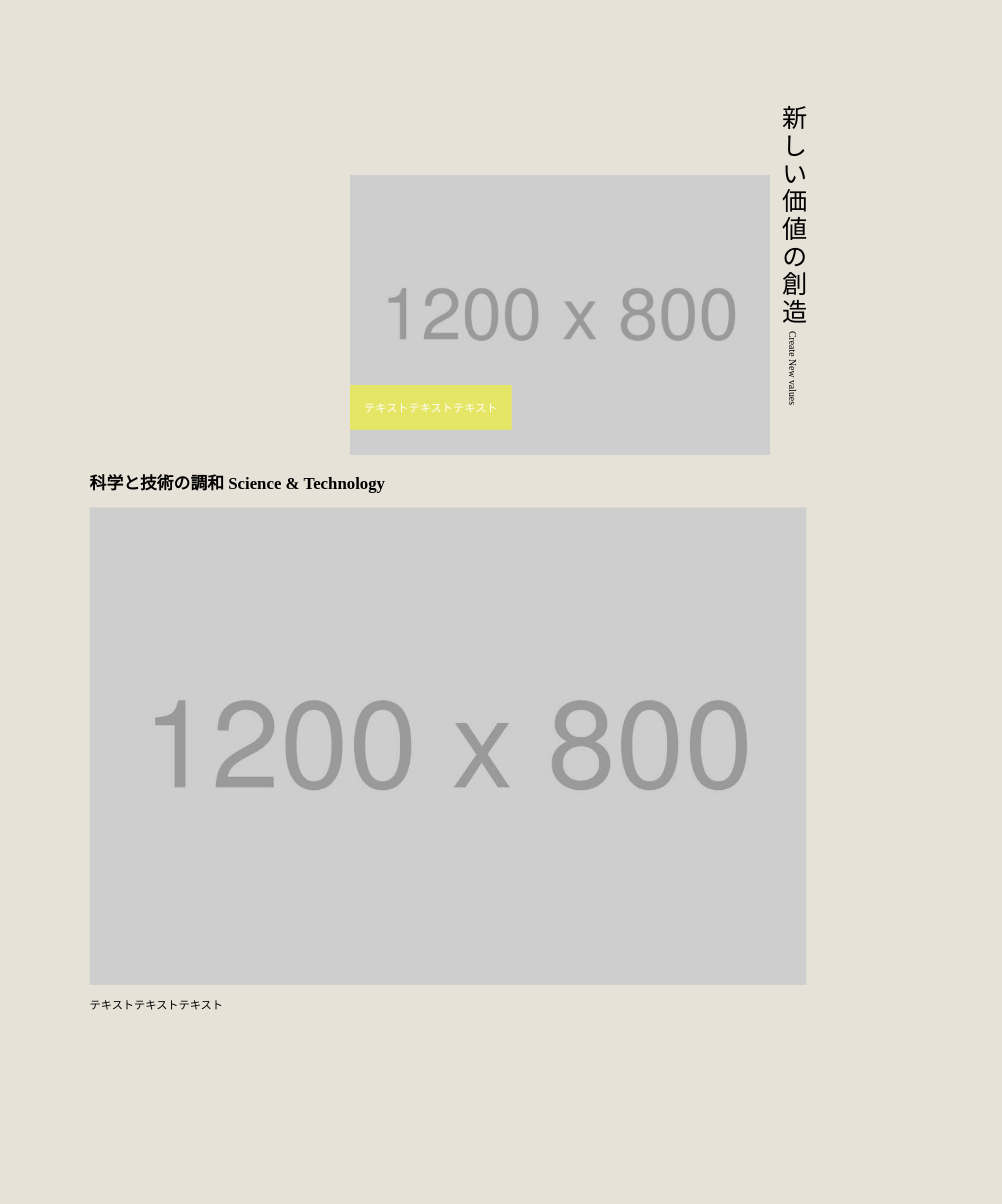
Repository: Fuki-san/wagashi
Page: http://localhost/wagashi
An editor plug-in stored every save of this project. The page is shown before and after the next save, followed by the edit.
The browser window is 1280 px wide. The page is 1432 px wide, so the pictures cover 1432 px, including what lies to the right of the window. The pictures show the part of the page from y = 1400 to 3120 px (the page is 3707 px tall before and 3717 px after), at 70% of full size.
Pictures or frames that could not be fetched are drawn as grey boxes. The page is served by the project's Laravel application, run on PHP 8.4 with Laravel 10. Other server files are loaded and not shown.

Above is the page before, as saved 2023-12-09 16:29:28.

### routes/web.php
<?php

use Illuminate\Support\Facades\Route;
use Spatie\FlareClient\View;

/*
|--------------------------------------------------------------------------
| Web Routes
|--------------------------------------------------------------------------
|
| Here is where you can register web routes for your application. These
| routes are loaded by the RouteServiceProvider and all of them will
| be assigned to the "web" middleware group. Make something great!
|
*/

Route::get('/', function () {
    return view('welcome');
});

Route::get('wagashi', function() {
    return View('wagashi');
})->name('wagashi');

### resources/views/wagashi.blade.php
@extends('layouts.main')

@section('title', 'wagashi')

@section('content')
    <header id="header">
        <h1 class="site-title"><a href="#"><img src="img/logo.svg" alt=""></a></h1>
        <nav id="nav">
            <ul>
                <li><a href="#news">お知らせ</a></li>
                <li><a href="#products1">商品のご紹介</a></li>
                <li><a href="#shop">店舗のご案内</a></li>
            </ul>
        </nav>

        <div class="onlinestore">
            <a href="#" target="_blank" rel="noopener noreferrer">オンラインストアで見る</a>
        </div>
    </header>

    <main>
        <section id="news" class="wrapper">
                <h2 class="sec-title">
                    <span class="en">News</span>
                    <span class="ja">お知らせ</span>
                </h2>
                <dl class="list">
                    <dt>2021.01.01</dt>
                    <dd>タイトルタイトルタイトル</dd>
                    <dt>2021.01.01</dt>
                    <dd>タイトルタイトルタイトル</dd>
                    <dt>2021.01.01</dt>
                    <dd>タイトルタイトルタイトル</dd>
                    <dt>2021.01.01</dt>
                    <dd>タイトルタイトルタイトル</dd>
                    <dt>2021.01.01</dt>
                    <dd>タイトルタイトルタイトル</dd>
                </dl>
        </section>

        <section id="products1" class="wrapper products">
                <h2 class="sec-title">
                    <span class="ja">新しい価値の創造</span>
                    <span class="en">Create New values</span>
                </h2>
                <div class="img">
                    <img src="img/products1.jpg" alt="">
                    <p class="text">テキストテキストテキスト</p>
                </div>
        </section>

        <section id="products2" class="wrapper products">
                <h2 class="sec-title">
                    <span class="ja">科学と技術の調和</span>
                    <span class="en">Science & Technology</span>
                </h2>
                <div class="img">
                    <img src="img/products2.jpg" alt="">
                    <p class="text">テキストテキストテキスト</p>
                </div>
        </section>

        <div id="shop">
            <iframe
                src="https://www.google.com/maps/embed?pb=!1m18!1m12!1m3!1d3239.6566078781802!2d139.80812547512744!3d35.710067028390604!2m3!1f0!2f0!3f0!3m2!1i1024!2i768!4f13.1!3m3!1m2!1s0x60188ed0d12f9adf%3A0x7d1d4fb31f43f72a!2z5p2x5Lqs44K544Kr44Kk44OE44Oq44O8!5e0!3m2!1sja!2sjp!4v1702090119178!5m2!1sja!2sjp"
                width="600" height="450" style="border:0;" allowfullscreen="" loading="lazy"
                referrerpolicy="no-referrer-when-downgrade" width="100%"></iframe>
        </div>
    </main>

    <footer id="footer">
        <div class="flex">
            <div class="left">
                <p><a href="#">オンラインストアで見る</a> | <a href="#">お問い合わせ</a></p>
            </div>
            <div class="right">
                <div class="logo"><img src="img/logo.svg" alt=""></div>
                <p class="info">
                    〒06-0032...<br>
                    電話: <a href="tel:03///"></a></p>
                <ul class="menu">
                    <li><a href="#news">お知らせ</a></li>
                    <li><a href="#products1">商品のご紹介</a></li>
                    <li><a href="#shop">店舗のご案内</a></li>
                </ul>
            </div>
        </div>
        <p class="cpright">&copy; SOUSAKU</p>
    </footer>
@endsection

### resources/views/layouts/main.blade.php
<!DOCTYPE html>
<html lang="ja">
<head>
    <meta charset="UTF-8">
    <meta name="viewport" content="width=device-width, initial-scale=1.0">
    <meta http-equiv="X-UA-Compatible" content="ie=edge">
    <link rel="stylesheet" href="{{ asset('css/reset.css') }}">
    <link rel="stylesheet" href="{{ asset('css/style.css') }}">
    <link rel="icon" href="img/favicon.ico">
    <title>@yield('title')</title>
</head>
<body>
    @yield('content')
</body>
</html>

### public/css/style.css
@charset "UTF-8";
html{
    font-size: 100%;
}
body{
    color: #000;
    font-family: 'Noto serif JP', serif;
    background-color: #e6e2d7;
}
img{
    max-width: 100%;
    vertical-align: bottom;
}
a{
    text-decoration: none;
    color: #fff;
}
li{
    list-style: none;
}

.site-title a{
    display: block;
}

.site-title{
    line-height: 1px;
    margin-left: 60px;
}

.site-title img{
    width: 40px;
}
.wrapper{
    width: 100%;
    max-width: 1024px;
    margin: 0 auto;
    padding: 0 20px;
}
/* headerr */

#header{
    height: 100vh;
    width: 100%;
    background-image: url(../img/mainvisual-pc.jpg);
    background-position: top center;
    background-size: cover;
    background-repeat: no-repeat;
    margin-bottom: 180px;
    padding: 60px 80px;

    position: relative;

    writing-mode: vertical-rl;
    -ms-writing-mode: vertical-rl;
    -moz-writing-mode: vertical-rl;
    -webkit-writing-mode: vertical-rl;
}
#header .onlinestore{
    position: absolute;
    bottom: 30px;
    left: 40px;
    background-color: rgba(255, 255, 255, 0.2);
    padding: 8px;
}
.onlinestore a{
    display: block;
    border: 1px solid #ccc;
    padding: 30px 18px;
}
#header a:hover{
    opacity: 0.7;
}
#header #nav li{
    margin-left: 25px;
}

/* newsss */

#news{
    margin-bottom: 180px;
    display: flex;
    flex-direction: row-reverse;
}
#news .sec-title{
    writing-mode: vertical-rl;
    -moz-writing-mode: vertical-rl;
    -webkit-writng-mode: vertical-rl;
    -ms-wrinting-mode: tb-rl;

    font-weight: normal;
    line-height: 1;
    /* margin-left: 50px; */
}
#news .sec-title .en{
    display: block;
    font-size: 0.875rem;
    margin-left: 15px;
}
#news .sec-title .ja{
    display: block;
    font-size: 2.25rem;
    letter-spacing: 0.1em;
}
#news .list{
    writing-mode: vertical-rl;
    -moz-writing-mode: vertical-rl;
    -webkit-writng-mode: vertical-rl;
    -ms-wrinting-mode: tb-rl;
    padding: 80px 100px 0 0;
}
#news .list dt{
    border-right: solid 1px #000;
    font-size: 0.75rem;
    padding: 15px 30px 15px 5px;
}
#news .list dd{
    padding: 15px 0 15px 30px;
}

#news .list dd:last-child{
    border-left: solid 1px #000;
}

/* produ */
#products1{
    display: flex;
    flex-direction: row-reverse;
}
#products1 .sec-title{
    writing-mode: vertical-rl;
    -moz-writing-mode: vertical-rl;
    -webkit-writng-mode: vertical-rl;
    -ms-wrinting-mode: tb-rl;

    line-height: 1px;
    font-weight: normal;
    margin-left: 30px;
}
#products1 .ja{
    font-size: 2.25rem;
    letter-spacing: 0.1em;
}
#products1 .en{
    font-size: 0.875rem;
}
#products1 .img{
    width: 600px;
    padding-top: 100px;

    position: relative;
}
#products1 .img .text{
    background-color: rgba(255, 255, 0, 0.5);
    padding: 20px;
    position: absolute;
    bottom: 20px;

    color: #fff;
}

### public/img/logo.svg
<?xml version="1.0" encoding="utf-8"?>
<!-- Generator: Adobe Illustrator 15.1.0, SVG Export Plug-In . SVG Version: 6.00 Build 0)  -->
<!DOCTYPE svg PUBLIC "-//W3C//DTD SVG 1.1//EN" "http://www.w3.org/Graphics/SVG/1.1/DTD/svg11.dtd">
<svg version="1.1" id="レイヤー_1" xmlns="http://www.w3.org/2000/svg" xmlns:xlink="http://www.w3.org/1999/xlink" x="0px"
	 y="0px" width="57.4775391px" height="131.578125px" viewBox="0 0 57.4775391 131.578125"
	 style="enable-background:new 0 0 57.4775391 131.578125;" xml:space="preserve">
<style type="text/css">
<![CDATA[
	.st0{fill:#FFFFFF;}
]]>
</style>
<g>
	<path class="st0" d="M28.3789063,35.8789063l6.5400391,4.859375c-0.3603516,0.4804688-1.2001953,1.0800781-2.3398438,1.2607422
		v12.0595703c-0.0605469,0.359375-3.4199219,1.5-5.5195313,1.5h-1.0800781v-3.6601563H15.2998047v2.6992188
		c0,0.4208984-1.9199219,1.8007813-5.1601563,1.8007813H9.0595703v-10.5
		c-1.7392578,3.2402344-4.2597656,6.2998047-7.9189453,8.8798828l-0.6005859-0.6005859c5.5205078-8.21875,6-18.4785156,6-26.7587891
		v-9.1191406c-1.9199219,1.3798828-3.9599609,2.5800781-6.0595703,3.6591797L0,21.4199219
		C6.1796875,15.6601563,11.3994141,6.4199219,13.5,0l9.7197266,1.9804688
		c-0.2402344,0.7197266-0.7802734,1.0800781-2.3398438,1.3193359c20.5185547,3.7207031,13.3789063,15.9599609,7.9189453,11.8798828
		c-0.9599609-3.4199219-4.0195313-7.9794922-8.5195313-11.2792969c-2.0400391,3.1796875-4.7392578,6.5390625-7.9794922,9.6591797
		H19.5l2.9990234-3.8398438c0,0,3.4804688,2.6396484,5.5800781,4.5595703
		c-0.1796875,0.6601563-0.7802734,0.9609375-1.6201172,0.9609375H11.7001953l-0.2402344-0.9003906
		c-1.1396484,1.0195313-2.3398438,2.0400391-3.5400391,2.9394531l6,2.2207031h10.9189453l3.0605469-3.3603516L34.4384766,21
		c-0.359375,0.4794922-1.2597656,1.0195313-2.4599609,1.3193359v11.9394531
		c-0.0595703,0.3603516-3.359375,1.5605469-5.4589844,1.5605469h-1.0800781v-1.8007813H12.5400391
		C12.4199219,35.21875,12.2402344,36.4189453,12,37.6787109l4.0800781,1.5595703h9.2988281L28.3789063,35.8789063z
		 M25.4394531,32.3388672v-4.6796875H12.8994141c0,1.4404297-0.0595703,3-0.1796875,4.6796875H25.4394531z M12.8994141,21.1796875
		v4.7998047h12.5400391v-4.7998047H12.8994141z M25.9794922,50.1582031v-9.2392578H15.2998047v9.2392578H25.9794922z
		 M43.2587891,41.7587891c0,0.6601563-2.6396484,1.859375-4.9199219,1.859375h-1.1396484V5.2197266L45.2988281,6
		c-0.1201172,0.7802734-0.6005859,1.3203125-2.0400391,1.5605469V41.7587891z M56.7578125,2.1005859
		C56.578125,3,55.9785156,3.6005859,54.5380859,3.7802734v44.8183594c0,4.6796875-0.9599609,7.3193359-8.4599609,8.0390625
		c-0.1796875-2.0996094-0.4794922-3.6591797-1.3798828-4.7392578c-0.9599609-1.0205078-2.2197266-1.7998047-5.0996094-2.2197266
		v-0.8408203c0,0,5.9394531,0.3603516,7.2001953,0.3603516c0.9599609,0,1.2597656-0.2998047,1.2597656-1.0800781V1.2001953
		L56.7578125,2.1005859z"/>
	<path class="st0" d="M17.4599609,94.0800781c-0.1806641,0.5390625-0.7207031,0.9589844-1.8603516,1.1992188v34.2587891
		c-0.1201172,0.5400391-3,2.0400391-5.7597656,2.0400391H8.5195313v-31.3789063
		c-2.3994141,2.7597656-4.9794922,5.1601563-7.7392578,7.2001953l-0.7197266-0.5400391
		c5.3398438-7.5,10.9189453-19.6796875,13.9189453-31.6787109l9.5400391,3.1796875
		c-0.2998047,0.7802734-1.0800781,1.2597656-2.4003906,1.2001953c-2.0400391,4.859375-4.3798828,9.2988281-6.9589844,13.3193359
		L17.4599609,94.0800781z M39.9589844,89.7597656v11.0996094h4.7998047l3.6591797-4.7998047
		c0,0,4.140625,3.2998047,6.7197266,5.5800781c-0.1796875,0.6591797-0.8398438,0.9599609-1.6796875,0.9599609H39.9589844v11.3388672
		h5.1591797l4.0205078-5.2197266c0,0,4.4394531,3.5400391,7.1992188,5.9404297
		c-0.1796875,0.6591797-0.8398438,0.9599609-1.7402344,0.9599609H39.9589844v14.0390625
		c0,0.4199219-2.2207031,1.859375-5.9404297,1.859375h-1.3193359V89.7597656h-1.4404297
		c-3.8994141,5.8798828-8.3994141,10.6796875-13.4394531,14.2792969l-0.6601563-0.4794922
		c4.6201172-6.7802734,9.6601563-17.6992188,12.3603516-28.3193359l9.6591797,3.4199219
		c-0.2998047,0.7802734-1.0800781,1.2597656-2.4599609,1.1396484c-1.3798828,2.9404297-2.8203125,5.7597656-4.4394531,8.3398438
		h14.0996094l3.9589844-5.1591797c0,0,4.4404297,3.4794922,7.1396484,5.8193359
		c-0.1796875,0.6601563-0.8398438,0.9599609-1.6796875,0.9599609H39.9589844z"/>
</g>
</svg>

After the next save:
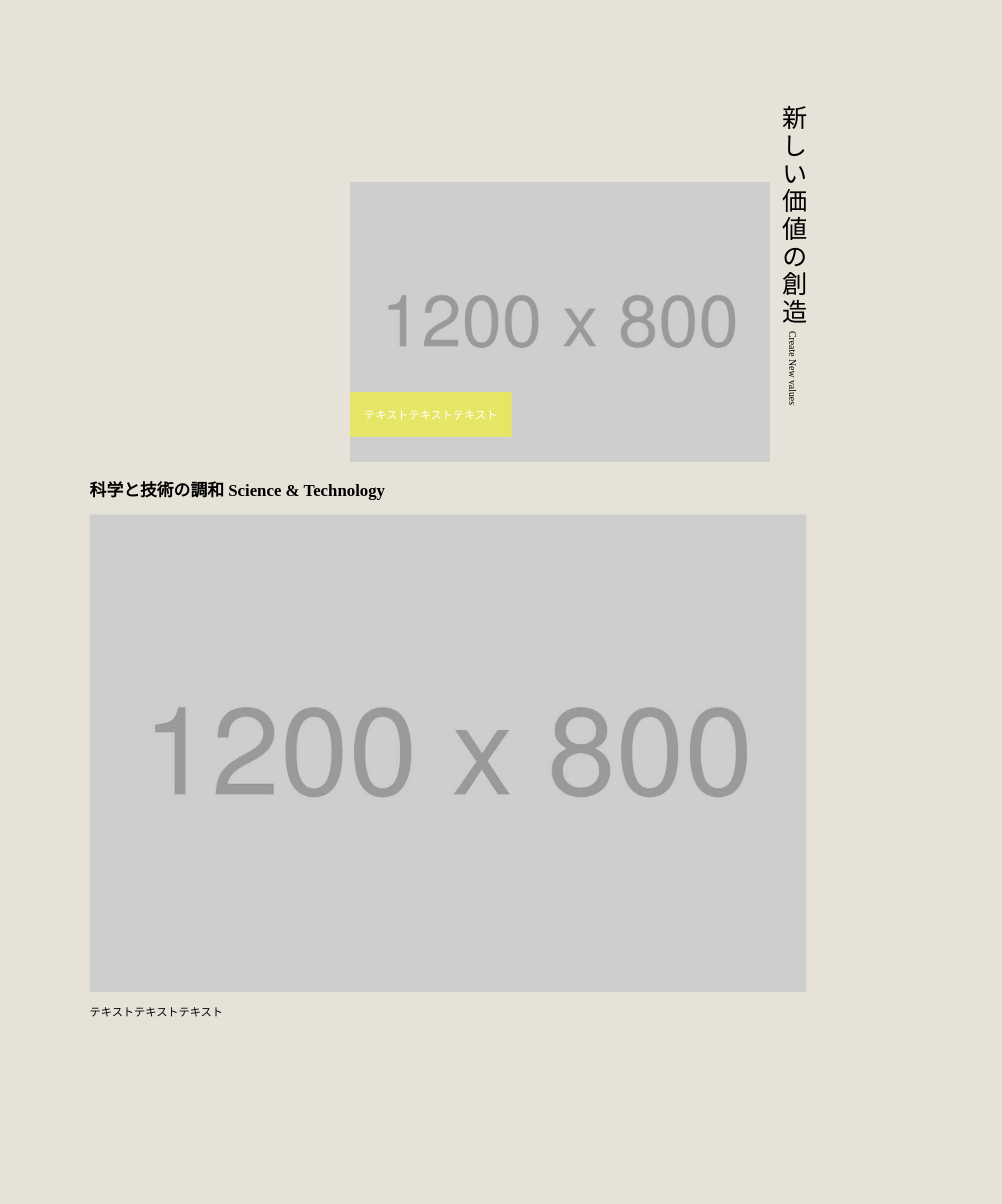
Saved 21 s later.
--- a/public/css/style.css
+++ b/public/css/style.css
@@ -146,7 +146,7 @@ li{
 }
 #products1 .img{
     width: 600px;
-    padding-top: 100px;
+    padding-top: 110px;
 
     position: relative;
 }
